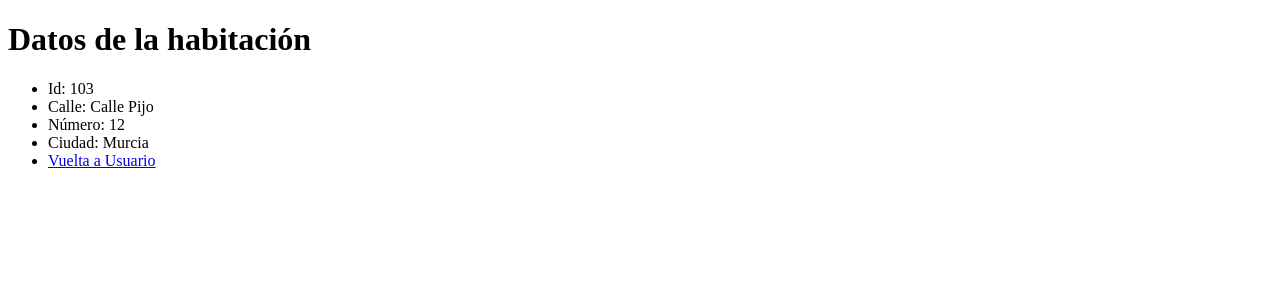
Repository: anagut/java-web
Page: http://localhost/HelloLogin/habitacion?hid=103
The author's editor kept a copy of each file at every save. The page is drawn from the files as they stood at one save, then again after the next save.
The browser window is 1280 px wide. The pictures show the whole page.
The page is served by Tomcat 9. Other server files are loaded and not shown.

Above is the page before, as saved 2018-11-13 15:53:13.

### HelloLogin/WebContent/habitacion.jsp
<%@ page language="java" contentType="text/html; charset=UTF-8"
    pageEncoding="UTF-8"%>
<!DOCTYPE html>
<html>
<head>
<meta charset="UTF-8">
<title>Habitacion</title>
</head>
<body>
	<h1>Datos de la habitación</h1>
	<ul>
	<li>Id: ${laHabitacion.hid} </li>
	<li>Calle: ${laHabitacion.calle} </li>
	<li>Número: ${laHabitacion.num}</li>
	<li>Ciudad: ${laHabitacion.ciudad} </li>
	<li><a href="./usuario">Vuelta a Usuario</a></li>
	</ul>
</body>
</html>

### HelloLogin/src/com/ana/controllers/HabitacionServlet.java
package com.ana.controllers;

import java.io.IOException;
import javax.servlet.ServletException;
import javax.servlet.annotation.WebServlet;
import javax.servlet.http.HttpServlet;
import javax.servlet.http.HttpServletRequest;
import javax.servlet.http.HttpServletResponse;

import com.ana.database.BBDD;
import com.ana.models.Habitacion;

/**
 * Servlet implementation class HabitacionServlet
 */
@WebServlet("/habitacion")
public class HabitacionServlet extends HttpServlet {
	private static final long serialVersionUID = 1L;

    /**
     * @see HttpServlet#HttpServlet()
     */
    public HabitacionServlet() {
        super();
        // TODO Auto-generated constructor stub
    }

	/**
	 * @see HttpServlet#doGet(HttpServletRequest request, HttpServletResponse response)
	 */
	protected void doGet(HttpServletRequest request, HttpServletResponse response) throws ServletException, IOException {

		String idHab = request.getParameter("hid");
		System.out.println("IDHab recibido: "+ idHab);

		int idH = Integer.parseInt(idHab);


		BBDD bbdd = new BBDD();

		request.setAttribute("laHabitacion", bbdd.getHabitacionById(idH));

		request.getRequestDispatcher("./habitacion.jsp").forward(request, response);
	}

	/**
	 * @see HttpServlet#doPost(HttpServletRequest request, HttpServletResponse response)
	 */
	protected void doPost(HttpServletRequest request, HttpServletResponse response) throws ServletException, IOException {
		// TODO Auto-generated method stub
		doGet(request, response);
	}

}

### HelloLogin/src/com/ana/database/BBDD.java
package com.ana.database;

import java.util.ArrayList;

import com.ana.models.Habitacion;
import com.ana.models.Usuario;

public class BBDD {

	public ArrayList<Usuario> usuarios = new ArrayList<Usuario>();

	public ArrayList<Habitacion> habitaciones = new ArrayList<Habitacion>();

	public BBDD() {
		this.fillUsuarios();
		this.fillHabitaciones();
		this.relacionarUserHab();
	}

	private boolean fillUsuarios() {
		usuarios.add(new Usuario (1, "Pepe", "p@p.es", null));
		usuarios.add(new Usuario (2, "Luisa", "l@l.es", null));
		usuarios.add(new Usuario (3, "Mordor", "m@m.es", null));

		return true;
	}



	private boolean fillHabitaciones() {
		habitaciones.add(new Habitacion (101, "Calle Marqués", 23, "Madrid"));
		habitaciones.add(new Habitacion (102, "Calle Pantomima", 57, "Albacete"));
		habitaciones.add(new Habitacion (103, "Calle Pijo", 12, "Murcia"));

		return true;
	}

	private boolean relacionarUserHab() {
		usuarios.get(0).setHabitacion(habitaciones.get(2));
		usuarios.get(1).setHabitacion(habitaciones.get(1));
		usuarios.get(2).setHabitacion(habitaciones.get(0));

		return true;
	}


	//Método que en función de la id me devuelve un objeto usuario concreto
	//Si no encuentra devuelve un null

	public Usuario getUsuarioById(int id) {
		Usuario usuarioADevolver = null;

		//Iteramos por cada usuario y comparamos su id con el que nos indican
		for (Usuario unUsuario: usuarios) {
			if(unUsuario.getId()==id) {
				usuarioADevolver = unUsuario;
				break;	//cuando encuentra el id, sale del bucle
			}
		}
		return usuarioADevolver;
	}

	public Habitacion getHabitacionById(int hid) {
		Habitacion habitacionADevolver = null;

		for (Habitacion unaHab: habitaciones) {
			if(unaHab.getHid()==hid) {
				habitacionADevolver = unaHab;
				break;
			}
		}
		return habitacionADevolver;
	}

}

### HelloLogin/src/com/ana/models/Usuario.java
package com.ana.models;

public class Usuario {
	private int id;
	private String name;
	private String email;
	private Habitacion habitacion;


	public Usuario(int id, String name, String email, Habitacion habitacion) {
		super();
		this.id = id;
		this.name = name;
		this.email = email;
		this.habitacion = habitacion;
	}

	public int getId() {
		return id;
	}

	public void setId(int id) {
		this.id = id;
	}

	public String getName() {
		return name;
	}

	public void setName(String name) {
		this.name = name;
	}

	public String getEmail() {
		return email;
	}

	public void setEmail(String email) {
		this.email = email;
	}

	public Habitacion getHabitacion() {
		return habitacion;
	}

	public void setHabitacion(Habitacion habitacion) {
		this.habitacion = habitacion;
	}





}

### HelloLogin/src/com/ana/models/Habitacion.java
package com.ana.models;

public class Habitacion {
	private int hid;
	private String calle;
	private int num;
	private String ciudad;


	public Habitacion(int hid, String calle, int num, String ciudad) {
		super();
		this.hid = hid;
		this.calle = calle;
		this.num = num;
		this.ciudad = ciudad;
	}


	public int getHid() {
		return hid;
	}


	public void setHid(int hid) {
		this.hid = hid;
	}


	public String getCalle() {
		return calle;
	}


	public void setCalle(String calle) {
		this.calle = calle;
	}


	public int getNum() {
		return num;
	}


	public void setNum(int num) {
		this.num = num;
	}


	public String getCiudad() {
		return ciudad;
	}


	public void setCiudad(String ciudad) {
		this.ciudad = ciudad;
	}




}

After the next save:
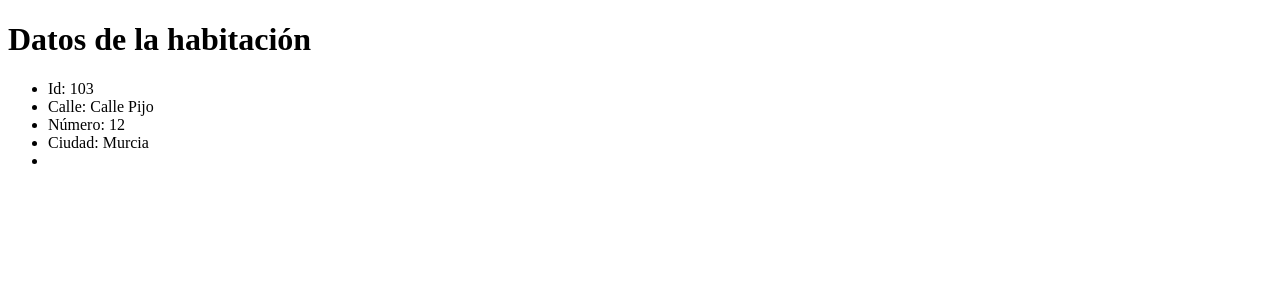
Saved 102 s later.
--- a/HelloLogin/WebContent/habitacion.jsp
+++ b/HelloLogin/WebContent/habitacion.jsp
@@ -13,7 +13,7 @@
 	<li>Calle: ${laHabitacion.calle} </li>
 	<li>Número: ${laHabitacion.num}</li>
 	<li>Ciudad: ${laHabitacion.ciudad} </li>
-	<li><a href="./usuario">Vuelta a Usuario</a></li>
+	<li><a href="./usuario?id=${unUsuario.id}>Vuelta a Usuario</a></li>
 	</ul>
 </body>
 </html>

After the save that followed:
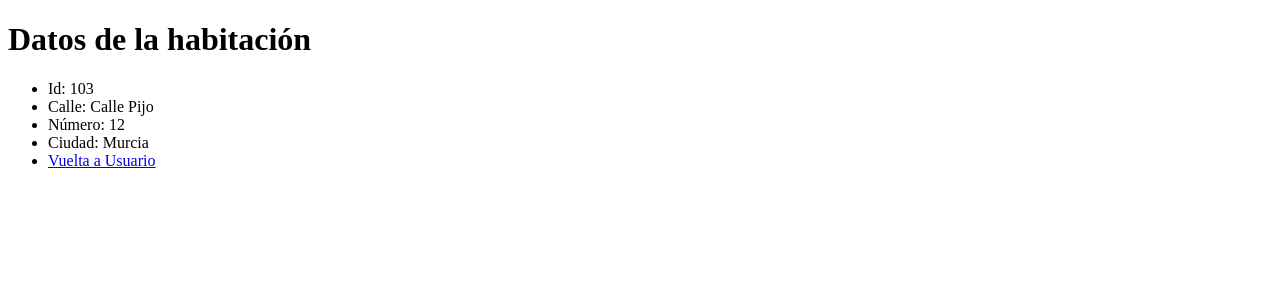
Saved 7 s later.
--- a/HelloLogin/WebContent/habitacion.jsp
+++ b/HelloLogin/WebContent/habitacion.jsp
@@ -13,7 +13,7 @@
 	<li>Calle: ${laHabitacion.calle} </li>
 	<li>Número: ${laHabitacion.num}</li>
 	<li>Ciudad: ${laHabitacion.ciudad} </li>
-	<li><a href="./usuario?id=${unUsuario.id}>Vuelta a Usuario</a></li>
+	<li><a href="./usuario?id=${unUsuario.id}">Vuelta a Usuario</a></li>
 	</ul>
 </body>
 </html>
